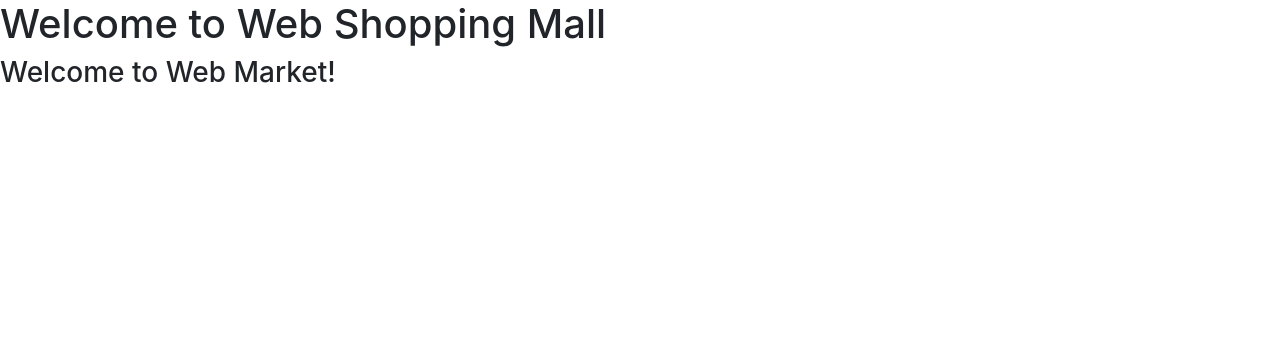
Repository: lhj257/jspwrokspace
Page: http://localhost/WebMarket/welcome.jsp
These files come from the project's save history. The page is drawn as it stood at one moment and after the next save; the edit follows.
The browser window is 1280 px wide. The pictures show the whole page.
The page is served by Tomcat 9. Nobody is signed in. The application's start-up code is not run. Other server files are loaded and not shown.

Above is the page before, as saved 2023-08-22 05:24:11.

### WebMarket/src/main/webapp/welcome.jsp
<%@ page language="java" contentType="text/html; charset=EUC-KR"
	pageEncoding="EUC-KR"%>
<!DOCTYPE html>
<html>
<head>
<meta charset="EUC-KR">
<title>Welcome</title>
<link rel="stylesheet"
	href="https://cdn.jsdelivr.net/npm/bootstrap@4.0.0/dist/css/bootstrap.min.css"
	integrity="sha384-Gn5384xqQ1aoWXA+058RXPxPg6fy4IWvTNh0E263XmFcJlSAwiGgFAW/dAiS6JXm"
	crossorigin="anonymous">
</head>
<body>
	<%!String greeting = "Welcome to Web Shopping Mall";
	String tagline = "Welcome to Web Market!";%>
	<h1><%=greeting%></h1>
	<h3><%=tagline%></h3>
</body>
</html>

After the next save:
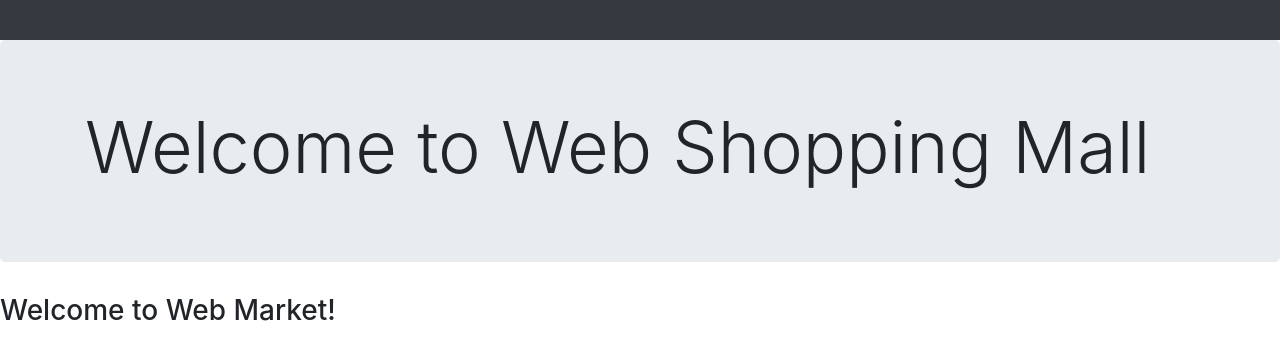
Saved 2 min 50 s later.
--- a/WebMarket/src/main/webapp/welcome.jsp
+++ b/WebMarket/src/main/webapp/welcome.jsp
@@ -11,9 +11,20 @@
 	crossorigin="anonymous">
 </head>
 <body>
+	<nav class="navbar navbar-expand navbar-dark bg-dark">
+		<div class="container">
+			<div class="navbar-header">
+				<a class="navbar-brand" href="./welcome.jsp"></a>
+			</div>
+		</div>
+	</nav>
 	<%!String greeting = "Welcome to Web Shopping Mall";
 	String tagline = "Welcome to Web Market!";%>
-	<h1><%=greeting%></h1>
+	<div class="jumbotron">
+		<div class="container">
+			<h1 class="display-3"><%=greeting%></h1>
+		</div>
+	</div>
 	<h3><%=tagline%></h3>
 </body>
 </html>
